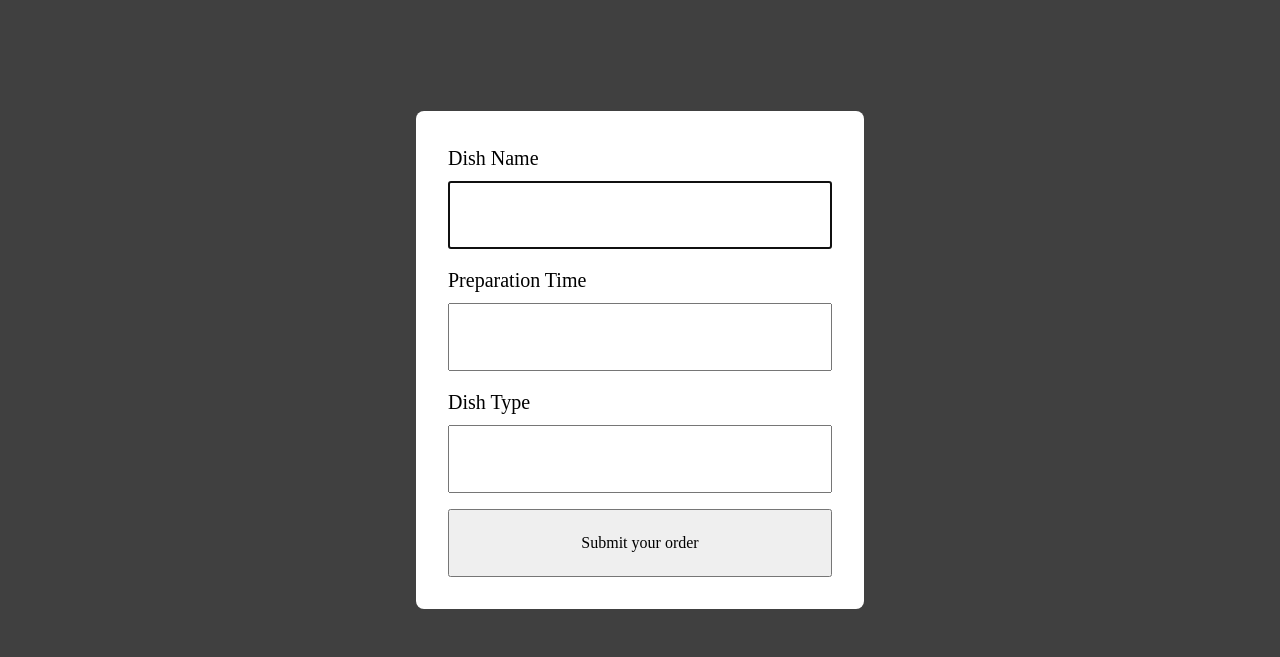
Repository: hjubsoni/hex-ocean-task
Page: /, after clicking the first element matching `button.order-button`
These files come from the project's save history. The page is drawn as it stood at one moment and after the next save; the edit follows.
The browser window is 1280 px wide. The pictures show the whole page.
The project was rebuilt for these pictures with package versions that can differ from the ones it lists, and the page was loaded fresh each time. Also part of the build but not shown: vite.config.ts.

Above is the page before, as saved 2023-03-21 22:34:00.

### index.html
<!DOCTYPE html>
<html lang="en">
  <head>
    <meta charset="UTF-8" />
    <link rel="icon" type="image/svg+xml" href="/vite.svg" />
    <meta
      name="viewport"
      content="width=device-width, initial-scale=1.0"
    />
    <title>Vite + React + TS</title>
  </head>
  <body>
    <div id="root"></div>
    <script type="module" src="/src/main.tsx"></script>
  </body>
</html>

### src/App.tsx
import React from 'react';
import './App.css';
import { ShoppingBag } from 'react-feather';
import ModalForm from './components/ModalForm';

function App() {
  const [isModalOpen, setIsModalOpen] = React.useState(false);

  const toggleIsOpenModal = () => {
    setIsModalOpen(!isModalOpen);
  };

  return (
    <>
      <div className="wrapper">
        <button className="order-button" onClick={toggleIsOpenModal}>
          <div className="icon-wrapper">
            <ShoppingBag color="white" />
          </div>
          <span className="order-button-text">Order</span>
        </button>
      </div>
      {isModalOpen && <ModalForm handleDismiss={toggleIsOpenModal} />}
    </>
  );
}

export default App;

### src/index.css
*,
*::before,
*::after {
  box-sizing: border-box;
}

* {
  margin: 0;
}

html,
body,
#root {
  height: 100%;
}

body {
  line-height: 1.5;
  -webkit-font-smoothing: antialiased;
}

img,
picture,
video,
canvas,
svg {
  display: block;
  max-width: 100%;
}

input,
button,
textarea,
select {
  font: inherit;
}

p,
h1,
h2,
h3,
h4,
h5,
h6 {
  overflow-wrap: break-word;
}

#root,
#__next {
  isolation: isolate;
}

### src/App.css
.wrapper {
  height: 100%;
  display: flex;
  justify-content: center;
  align-items: center;
}

.order-button {
  display: flex;
  width: 180px;
  height: 2.625rem;
  align-items: center;
  padding: 4px 8px;
  gap: 8px;
  border-radius: 8px;
  background: #184fee;
  cursor: pointer;
  border: none;
}

.order-button-text {
  font-size: 1.5rem;
  color: white;
  margin-left: auto;
  margin-right: auto;
}

.icon-wrapper {
  animation-duration: 2s;
}

.order-button:hover > .icon-wrapper {
  animation-name: bounce;
  animation-timing-function: cubic-bezier(0.28, 0.84, 0.42, 1);
}
@keyframes bounce {
  0% {
    transform: scale(1, 1) translateY(0);
  }
  10% {
    transform: scale(1.1, 0.9) translateY(0);
  }
  30% {
    transform: scale(0.9, 1.1) translateY(-5px);
  }
  50% {
    transform: scale(1.05, 0.95) translateY(0);
  }
  57% {
    transform: scale(1, 1) translateY(-2px);
  }
  64% {
    transform: scale(1, 1) translateY(0);
  }
  100% {
    transform: scale(1, 1) translateY(0);
  }
}

### src/components/ModalForm/index.tsx
export { default } from './ModalForm';

### src/components/ModalForm/ModalForm.tsx
import React from 'react';
import FocusLock from 'react-focus-lock';
import { X } from 'react-feather';
import './styles.css';

function ModalForm({ handleDismiss }: { handleDismiss: () => void }) {
  return (
    <FocusLock>
      <div className="wrapper">
        <div className="backdrop" />
        <form className="modal-form">
          <div>
            <label className="form-label">Dish Name</label>
            <input className="form-input" />
          </div>
          <div>
            <label className="form-label">Preparation Time</label>
            <input className="form-input" />
          </div>
          <div>
            <label className="form-label">Dish Type</label>
            <input className="form-input" />
          </div>
          <button type="submit" className="submit-button">
            Submit your order
          </button>
        </form>
      </div>
    </FocusLock>
  );
}

export default ModalForm;

### src/components/ModalForm/styles.css
.wrapper {
  position: fixed;
  inset: 0;
  display: grid;
  place-content: center;
  padding: 16px;
}

.backdrop {
  position: absolute;
  inset: 0;
  background: hsl(0deg 0% 0% / 0.75);
}

.modal-form {
  position: relative;
  background: white;
  border-radius: 8px;
  padding: 32px;
  display: flex;
  flex-direction: column;
  gap: 16px;
  width: 100%;
  min-width: 28rem;
}

.form-label {
  display: inline-block;
  font-weight: 500;
  font-size: 1.25rem;
}

.form-input {
  display: block;
  padding: 1.25rem;
  margin-top: 0.5rem;
  width: 100%;
}

.form-input::placeholder {
  font: 1.25rem;
  line-height: 4;
}

.submit-button {
  padding: 1.25rem;
}

Loaded but not shown: src/main.tsx (common file)

After the next save:
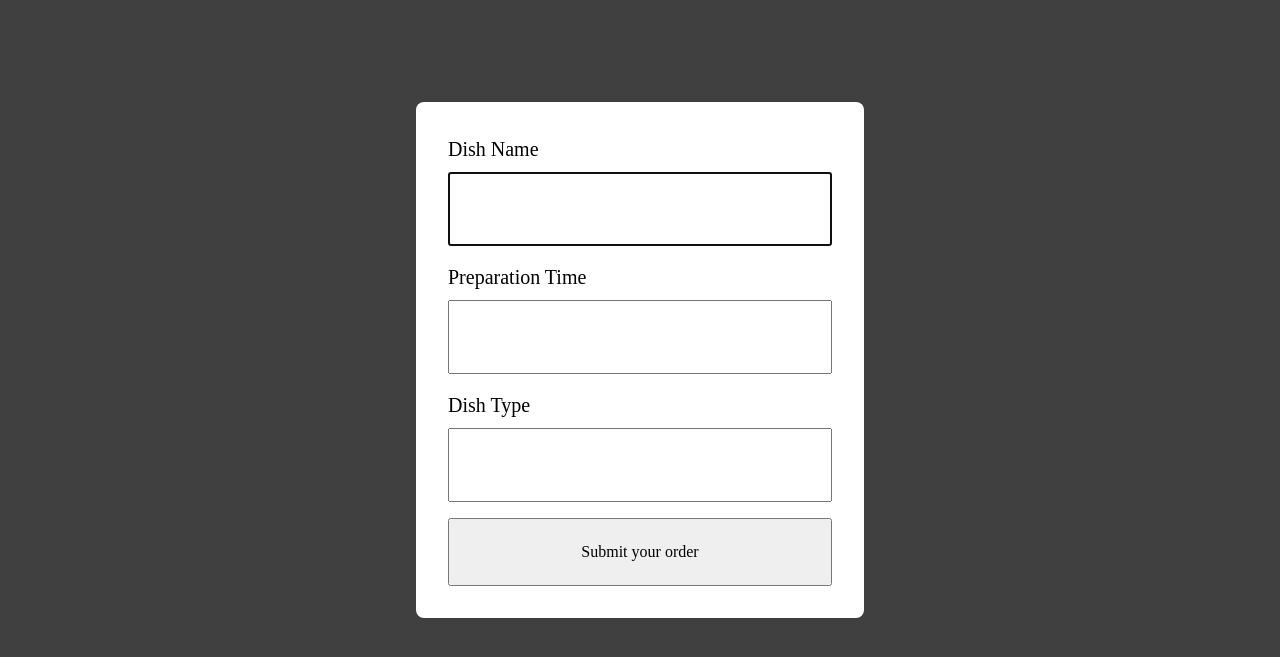
Saved 55 s later.
--- a/src/components/ModalForm/styles.css
+++ b/src/components/ModalForm/styles.css
@@ -35,11 +35,7 @@
   padding: 1.25rem;
   margin-top: 0.5rem;
   width: 100%;
-}
-
-.form-input::placeholder {
-  font: 1.25rem;
-  line-height: 4;
+  font-size: 1.25rem;
 }
 
 .submit-button {
